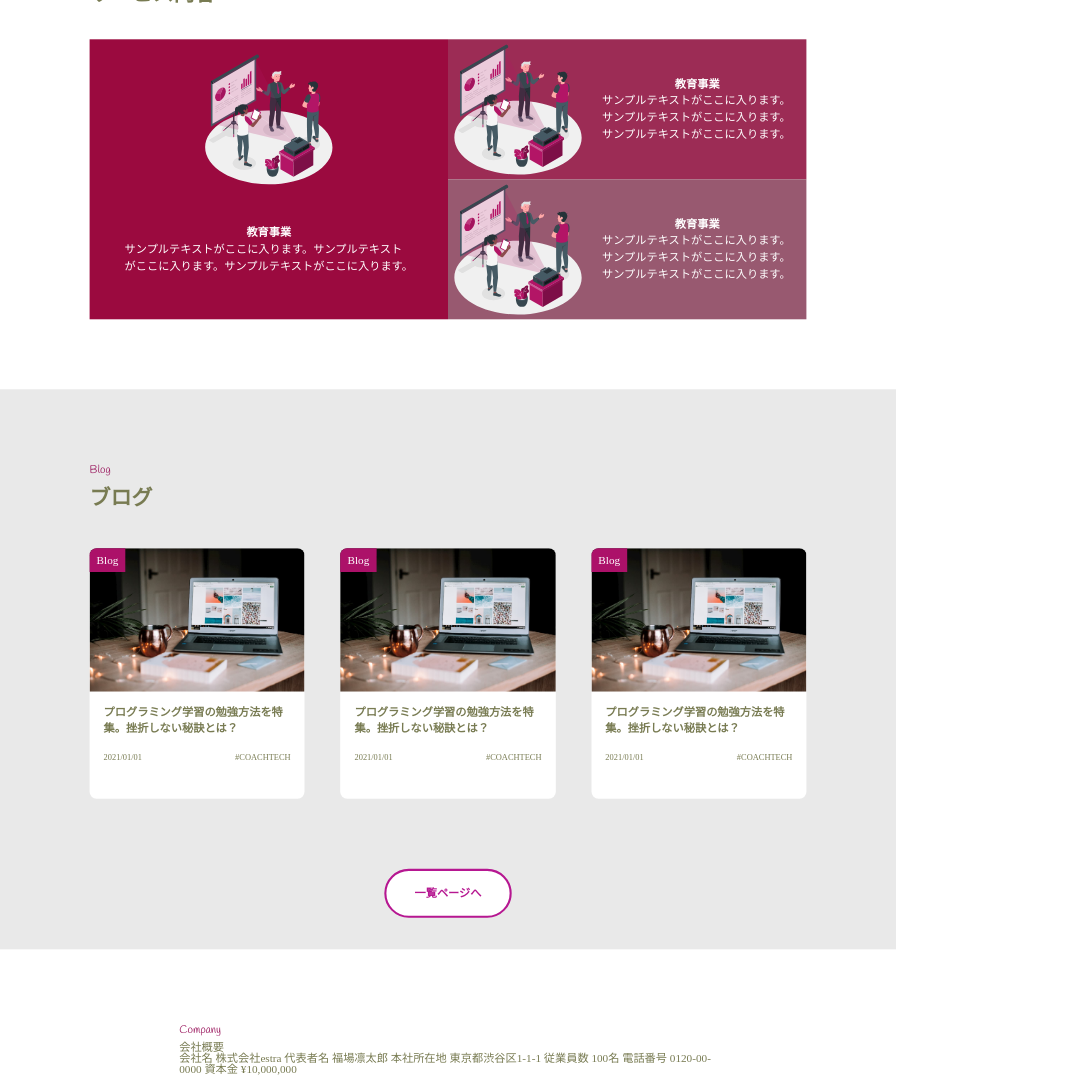
Repository: masanarimiura/20220504miura
Page: index.html
These files come from the project's save history. The page is drawn as it stood at one moment and after the next save; the edit follows.
The browser window is 1280 px wide. The page is 1536 px wide, so the pictures cover 1536 px, including what lies to the right of the window. The pictures show the part of the page from y = 1863 to 3463 px (the page is 3399 px tall before and 3463 px after), at 70% of full size.
Some web fonts or font styles are not loaded; a fallback is used.

Above is the page before, as saved 2022-05-05 00:49:47.

After the next save:
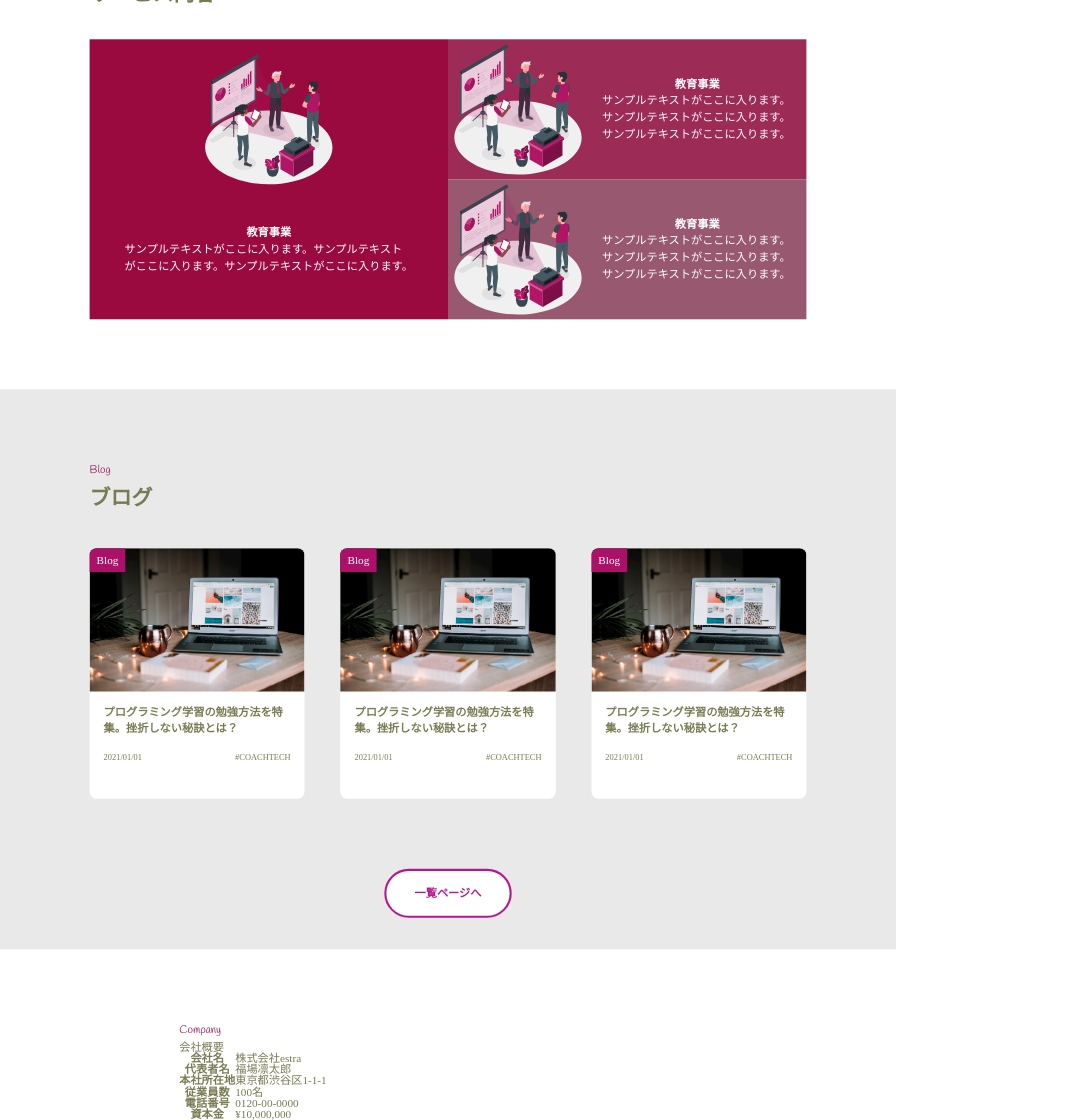
Saved 29 s later.
--- a/index.html
+++ b/index.html
@@ -188,7 +188,7 @@
     <div class="company-icon icon">Company</div>
     <div class="company-ttl">会社概要</div>
   </div>
-  <table class="company-table"></table>
+  <table class="company-table">
   <tr class="company-tr">
     <th>会社名</th>
     <td>株式会社estra</td>
